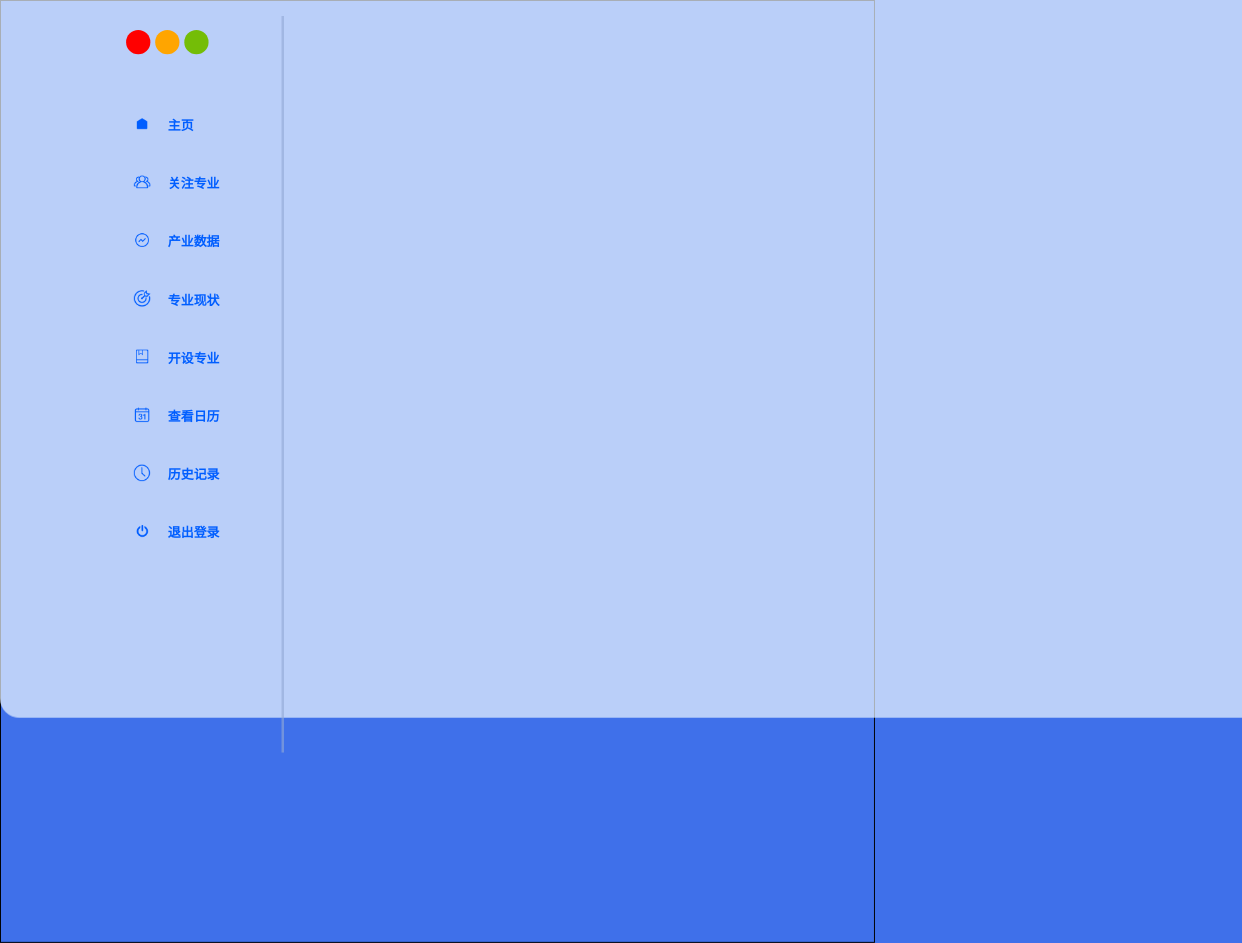
Repository: akaCSDN/test
Page: 2.1主页.html
An editor plug-in stored every save of this project. The page is shown before and after a run of saves, followed by the edit.
The browser window is 1280 px wide. The pictures show the whole page, at 97% of full size.

Above is the page before, as saved 2022-12-03 22:00:49.

### 2.1主页.html
<!DOCTYPE html>
<html lang="en">
<head>
    <meta charset="UTF-8">
    <meta http-equiv="X-UA-Compatible" content="IE=edge">
    <meta name="viewport" content="width=device-width, initial-scale=1.0,minimum-scale=1.0,maximum-scale=1.0,user-scal=no">
    <title>Document</title>
    <script src="./JS/jquery-3.6.0.js"></script>
    <style type="text/css">
        *{
            margin: 0;
            padding: 0;
            border: 0;
        }
        .main{
            width: 1300px;
            height: 760px;
            /* border: 1px solid black; */
            border-radius: 20px;
            background-color: aliceblue;
            opacity: 0.7;
            position: fixed;
            top: 0;
            right: 0;
            bottom: 0;
            left: 0;
            margin: auto;

        }
        .left{
            width: 190px;
            height: 760px;
            border-radius: 20px 0px 0px 20px;
            border-right: 3px solid rgba(146, 169, 213, 0.622);
            /* border: 1px solid black; */
            position: absolute;
            margin-left: 100px;
            margin-top: 16px;
            position: fixed;
        }
        .circle-point{
            width: 100px;
            height: 30px;
            /* border: 1px solid black; */
            margin-left: 25px;
            margin-top: 15px;
        }
        .circle-point div{
            width: 25px;
            height: 25px;
            border-radius: 100% 100% 100% 100%;
            float: left;
            opacity: 1;
            /* position: absolute; */
            margin-left: 5px;

        }
        .button{
            width: auto;
            height: auto;
            /* border: 1px solid black; */
            margin-top: 50px;


        }
        .button li{
            list-style-type: none;
            /* border: 1px solid black; */
            margin-top: 25px;
            width: 150px;
            margin-left: 13px;
            border-radius: 10px;
            /* background-color: rgb(255, 255, 255); */
            /* display:none ; */

        }
        .button button{
            width: 90px;
            height: 35px;
            text-align: left;
            margin-left: 60px;
            /* color: rgba(0, 94, 255, 0.909); */
            color: #005EFF;
            font-weight: 600;
            /* margin-top: 30px; */
            background: none;
            pointer-events: fill;


        }
        .button img{
            width: 17px;
            height: 17px;
            position: absolute;
            margin-top: 8px;
            margin-left: 25px;
        }
        .right{
            width: 900px;
            height: 970px;
            border: 1px solid black;
            /* background-color: rgb(78, 252, 252); */
        }
    </style>
</head>
<body style="background-color: rgb(63, 112, 234);">

    <div class="main">
    </div>
    <div class="left">
        <div class="circle-point">
            <div style="background-color: red;"></div>
            <div style="background-color: orange;"></div>
            <div style="background-color:rgb(116, 189, 7);"></div>
        </div>
        <div class="button">
                <li><img src="./icon/主页.png" alt=""><button>主页</button></li>
                <li><img src="./icon/专业.png" alt=""><button>关注专业</button></li>
                <li><img src="./icon/数据.png" alt=""><button>产业数据</button></li>
                <li><img src="./icon/现状.png" alt=""><button>专业现状</button></li>
                <li><img src="./icon/开设.png" alt=""><button>开设专业</button></li>
                <li><img src="./icon/日历.png" alt=""><button>查看日历</button></li>
                <li><img src="./icon/历史.png" alt=""><button>历史记录</button></li>
                <li><img src="./icon/退出.png" alt=""><button>退出登录</button></li>
        </div>
    </div>
    <div class="right">

    </div>


</body>
<script>
    $(document).ready(function(){
            $(".button li").mouseover(function(){
                $(this).css("background-color","white")


        })

        $(".button li").mouseleave(function(){
                $(this).css("background","none")
        })
        $(".button li").click(function(){
            var name=$(this).text();
            switch (name) {
                case '关注专业':

                    break;

                default:
                    break;
            }
        })

    })
</script>
</html>

Loaded but not shown: JS/jquery-3.6.0.js (library)

After the next 2 saves:
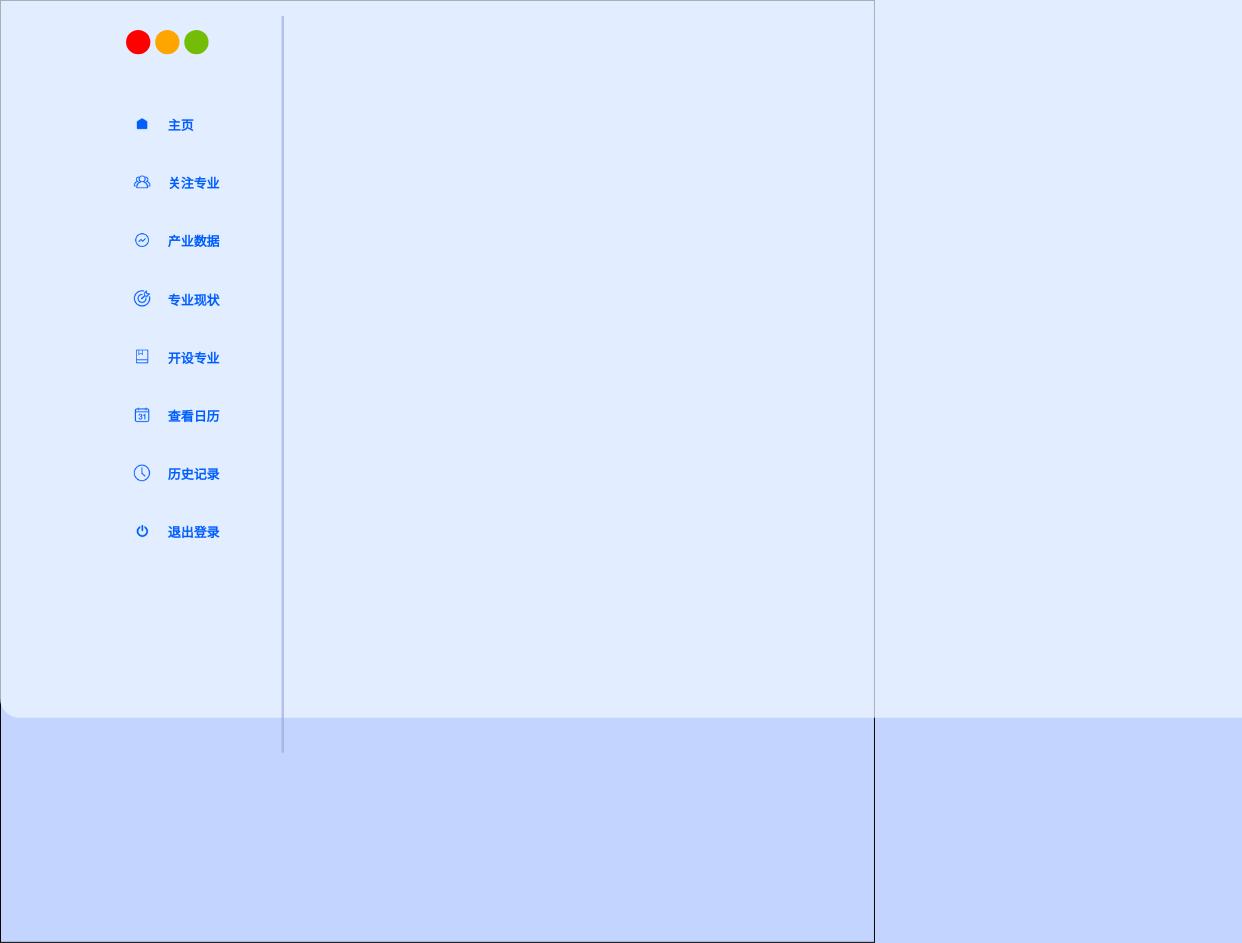
The 2 saves are shown as one change because they came seconds apart.
The last was saved 12 s later.
--- a/2.1主页.html
+++ b/2.1主页.html
@@ -103,7 +103,7 @@
         }
     </style>
 </head>
-<body style="background-color: rgb(63, 112, 234);">
+<body style="background-color: rgb(195, 212, 255);">
 
     <div class="main">
     </div>
